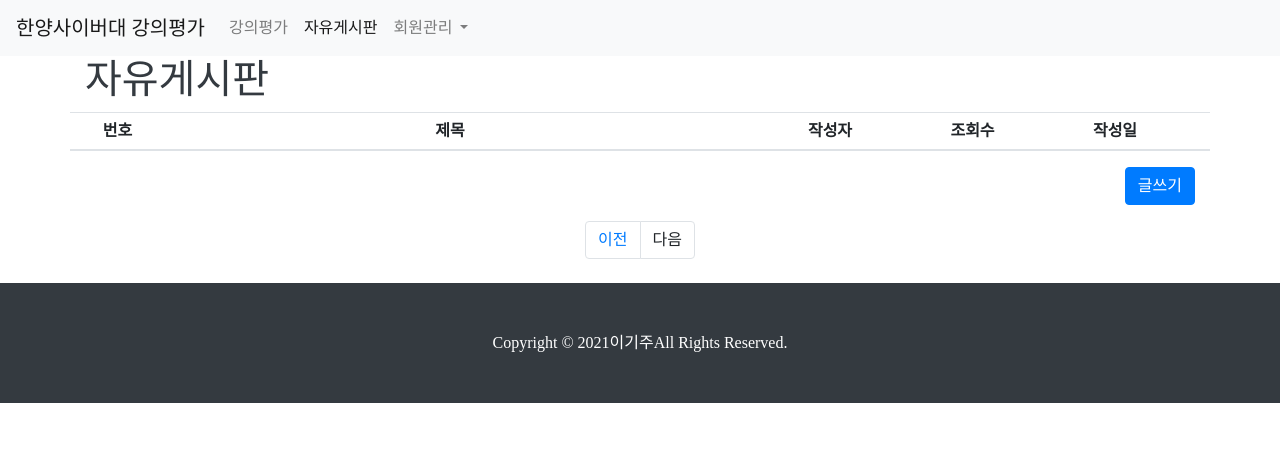
Repository: lkjjjang/hycu
Page: http://localhost/hycujjang/freeBoard.jsp
These files come from the project's save history. The page is drawn as it stood at one moment and after the next save; the edit follows.
The browser window is 1280 px wide. The pictures show the whole page.
Some web fonts or font styles are not loaded; a fallback is used. The page is served by Tomcat 9. Nobody is signed in. The application's start-up code is not run. The template is opened directly, without the code that normally fills it, so the values that code supplies are empty.

Above is the page before, as saved 2022-01-06 03:19:31.

After the next save:
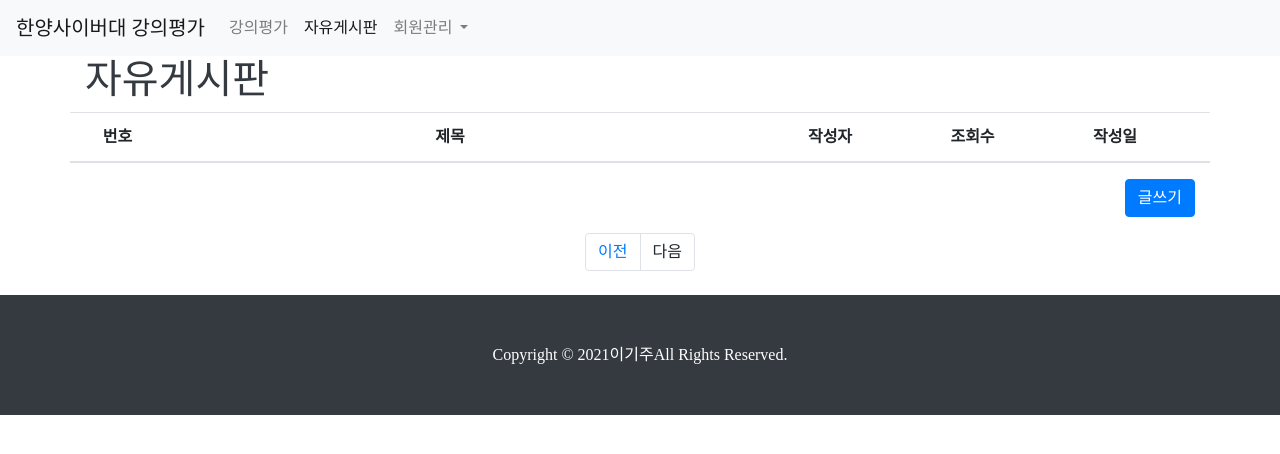
Saved 33 s later.
--- a/hycujjang/WebContent/freeBoard.jsp
+++ b/hycujjang/WebContent/freeBoard.jsp
@@ -53,11 +53,11 @@
 			<table class="table table-hover">
 				<thead style="text-align: center;">
 					<tr class="row">
-						<th class="col-1" style="padding: 6px;">번호</th>
-						<th class="col-6" style="padding: 6px;">제목</th>
-						<th class="col-2" style="padding: 6px;">작성자</th>
-						<th class="col-1" style="padding: 6px;">조회수</th>
-						<th class="col-2" style="padding: 6px;">작성일</th>
+						<th class="col-1">번호</th>
+						<th class="col-6">제목</th>
+						<th class="col-2">작성자</th>
+						<th class="col-1">조회수</th>
+						<th class="col-2">작성일</th>
 					</tr>
 				</thead>
 				<tbody>
